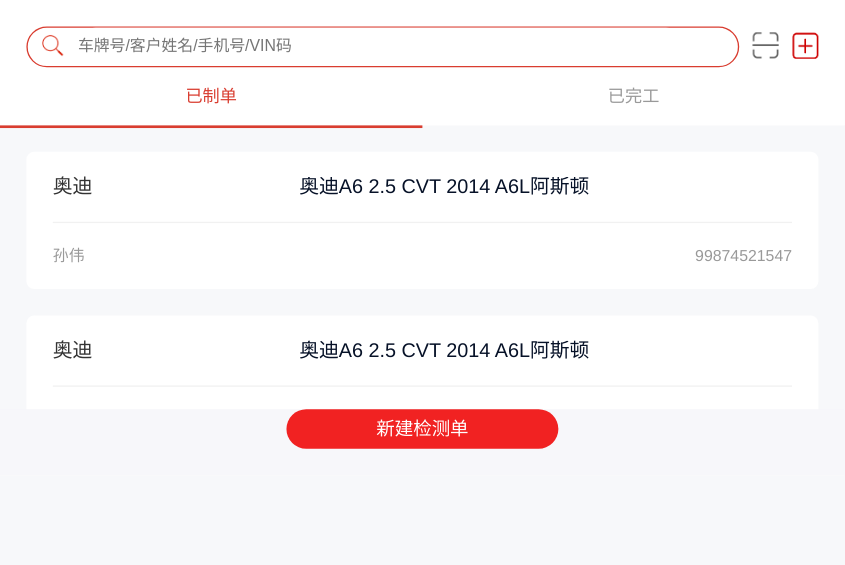
Repository: family-car/car
Page: checkCarList.html
An editor plug-in stored every save of this project. The page is shown before and after the next save, followed by the edit.
The browser window is 1280 px wide. The pictures show the whole page, at 66% of full size.

Above is the page before, as saved 2020-05-12 18:36:05.

After the next save:
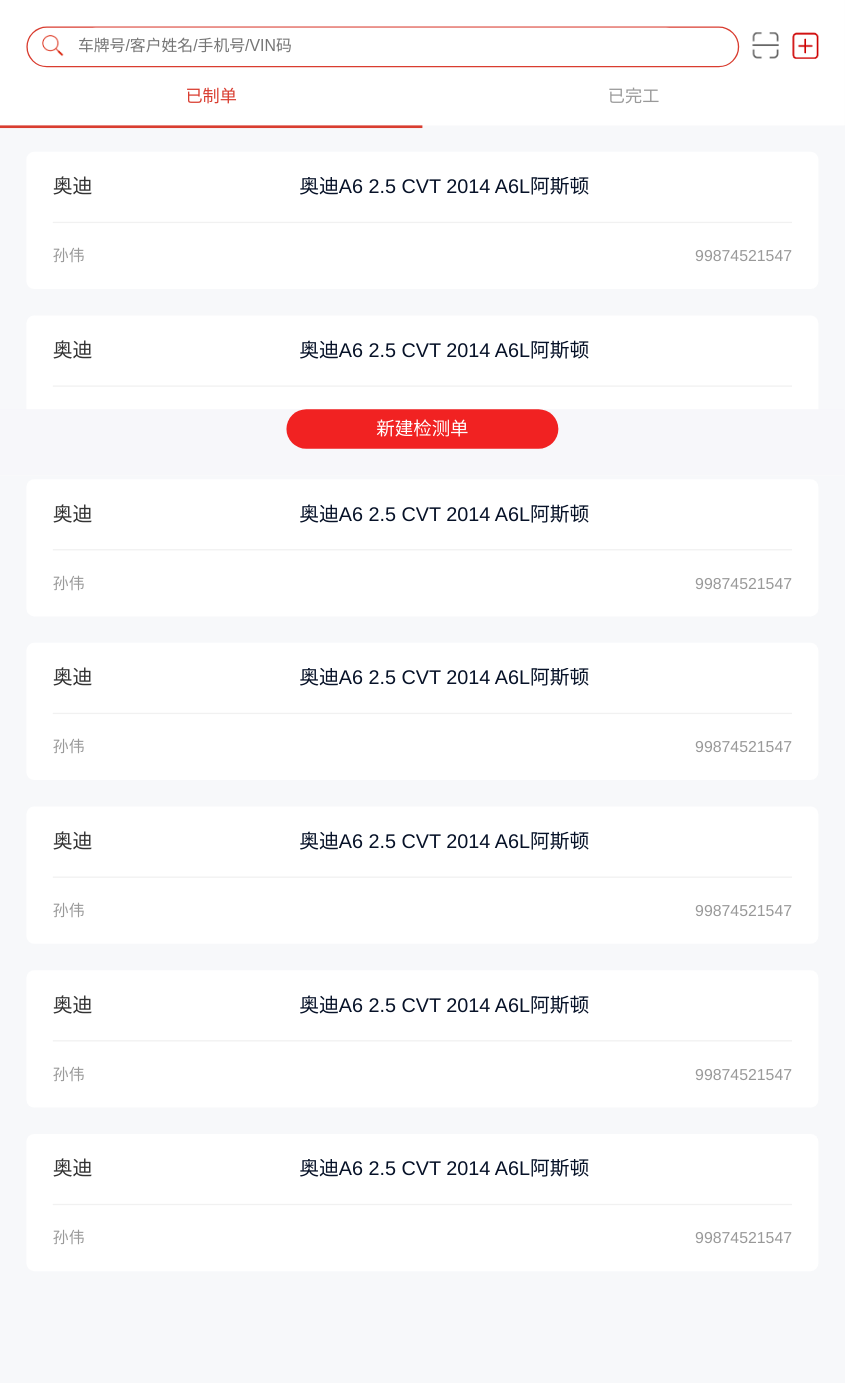
Saved 14 s later.
--- a/checkCarList.html
+++ b/checkCarList.html
@@ -56,6 +56,56 @@
                 <span class="fr">99874521547</span>
             </p>
         </div>
+        <div class="taskItem">
+            <h2 class="flex">
+                <span class="cell">奥迪</span>
+                <span class="cell2">奥迪A6 2.5 CVT 2014 A6L阿斯顿</span>
+            </h2>
+            <p class="taskItem_user cf">
+                <span class="fl">孙伟</span>
+                <span class="fr">99874521547</span>
+            </p>
+        </div>
+        <div class="taskItem">
+            <h2 class="flex">
+                <span class="cell">奥迪</span>
+                <span class="cell2">奥迪A6 2.5 CVT 2014 A6L阿斯顿</span>
+            </h2>
+            <p class="taskItem_user cf">
+                <span class="fl">孙伟</span>
+                <span class="fr">99874521547</span>
+            </p>
+        </div>
+        <div class="taskItem">
+            <h2 class="flex">
+                <span class="cell">奥迪</span>
+                <span class="cell2">奥迪A6 2.5 CVT 2014 A6L阿斯顿</span>
+            </h2>
+            <p class="taskItem_user cf">
+                <span class="fl">孙伟</span>
+                <span class="fr">99874521547</span>
+            </p>
+        </div>
+        <div class="taskItem">
+            <h2 class="flex">
+                <span class="cell">奥迪</span>
+                <span class="cell2">奥迪A6 2.5 CVT 2014 A6L阿斯顿</span>
+            </h2>
+            <p class="taskItem_user cf">
+                <span class="fl">孙伟</span>
+                <span class="fr">99874521547</span>
+            </p>
+        </div>
+        <div class="taskItem">
+            <h2 class="flex">
+                <span class="cell">奥迪</span>
+                <span class="cell2">奥迪A6 2.5 CVT 2014 A6L阿斯顿</span>
+            </h2>
+            <p class="taskItem_user cf">
+                <span class="fl">孙伟</span>
+                <span class="fr">99874521547</span>
+            </p>
+        </div>
     </div>
 </div>
 <!-- footer -->
